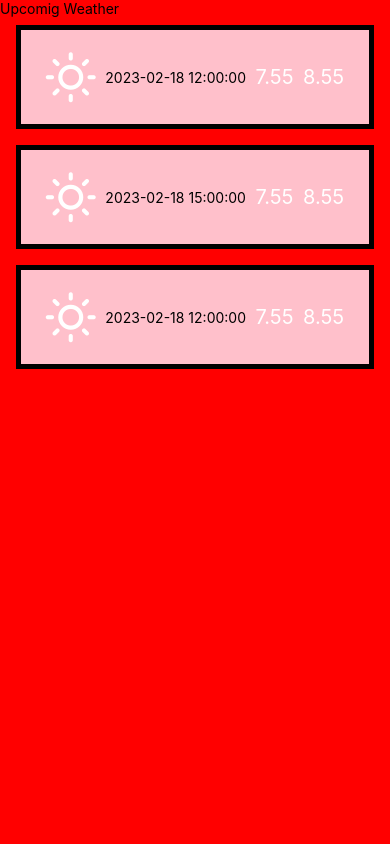
Repository: akinmiday/fcc
Screen: / (app in WeatherApp/)
The author's editor kept a copy of each file at every save. The screen is drawn from the files as they stood at one save, then again after the next save.
The app was drawn by React Native's web renderer in a window 390 px wide. The project was rebuilt for these pictures with package versions that can differ from the ones it lists, and the page was loaded fresh each time. Also part of the build but not shown: WeatherApp/src/components/CurrentWeather.js.

Above is the screen before, as saved 2023-07-19 08:13:28.

### WeatherApp/App.js
import React from "react"
import { View, StyleSheet } from "react-native"
import CurrentWeather from "./src/components/CurrentWeather"
import UpcomingWeather from "./src/components/UpcomingWeather"

const App = () => {
  return (
    <View style={styles.container}>
      <UpcomingWeather />
    </View>
  )
}

const styles = StyleSheet.create({
  container: {
    flex: 1
  }
})

export default App

### WeatherApp/src/components/UpcomingWeather.js
import React from "react"
import {
  SafeAreaView,
  StyleSheet,
  Text,
  FlatList,
  View,
  StatusBar
} from "react-native"
import { Feather } from "@expo/vector-icons"

const DATA = [
  {
    dt_txt: "2023-02-18 12:00:00",
    main: {
      temp_max: 8.55,
      temp_min: 7.55
    },
    weather: [
      {
        main: "Clear"
      }
    ]
  },

  {
    dt_txt: "2023-02-18 15:00:00",
    main: {
      temp_max: 8.55,
      temp_min: 7.55
    },
    weather: [
      {
        main: "Clouds"
      }
    ]
  },
  {
    dt_txt: "2023-02-18 12:00:00",
    main: {
      temp_max: 8.55,
      temp_min: 7.55
    },
    weather: [
      {
        main: "Rain"
      }
    ]
  }
]

const Item = (props) => {
  const { dt_txt, min, max, condition } = props
  return (
    <View style={styles.item}>
      <Feather name="sun" size={50} color="white" />
      <Text style={styles.date}>{dt_txt}</Text>
      <Text style={styles.temp}>{min}</Text>
      <Text style={styles.temp}>{max}</Text>
    </View>
  )
}

const UpcomingWeather = () => {
  const renderItem = ({ item }) => (
    <Item
      condition={item.weather[0].main}
      dt_txt={item.dt_txt}
      min={item.main.temp_min}
      max={item.main.temp_max}
    />
  )
  return (
    <SafeAreaView style={styles.container}>
      <Text>Upcomig Weather</Text>
      <FlatList
        data={DATA}
        renderItem={renderItem}
        keyExtractor={(item) => item.dt_txt}
      />
    </SafeAreaView>
  )
}

const styles = StyleSheet.create({
  container: {
    flex: 1,
    marginTop: StatusBar.currentHeight || 0,
    backgroundColor: "red"
  },
  item: {
    padding: 20,
    marginVertical: 8,
    marginHorizontal: 16,
    flexDirection: "row",
    justifyContent: "space-around",
    alignItems: "center",
    borderWidth: 5,
    backgroundColor: "pink"
  },
  temp: {
    color: "white",
    fontSize: 20
  },
  date: {}
})

export default UpcomingWeather

After the next save:
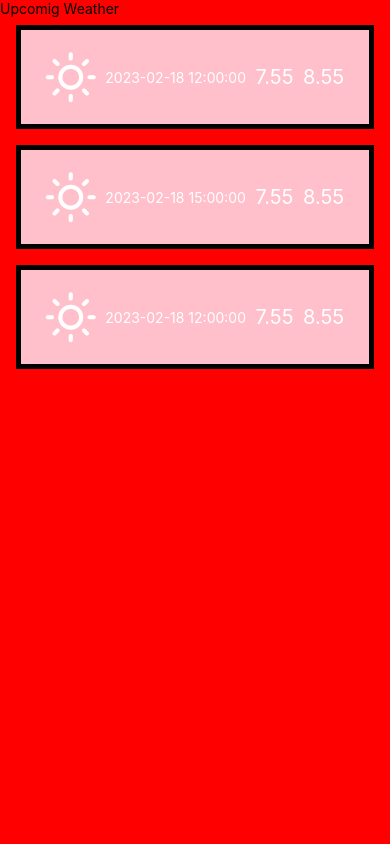
Saved 16 s later.
--- a/WeatherApp/src/components/UpcomingWeather.js
+++ b/WeatherApp/src/components/UpcomingWeather.js
@@ -102,7 +102,9 @@ const styles = StyleSheet.create({
     color: "white",
     fontSize: 20
   },
-  date: {}
+  date: {
+    color: "white"
+  }
 })
 
 export default UpcomingWeather
